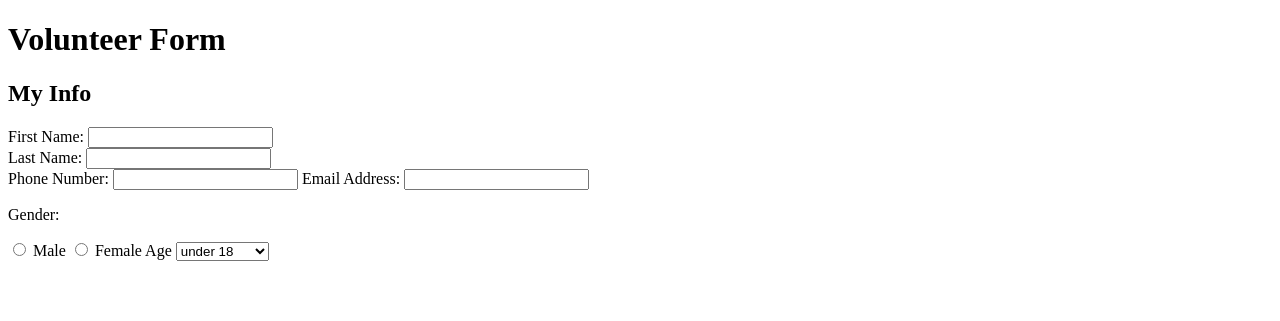
Repository: rishondass/ITMD361-Lab4
Page: index.html
The author's editor kept a copy of each file at every save. The page is drawn from the files as they stood at one save, then again after a run of saves.
The browser window is 1280 px wide. The pictures show the whole page.

Above is the page before, as saved 2023-01-13 15:00:49.

### index.html
<!DOCTYPE html>
<html lang="en">
<head>
    <meta charset="UTF-8">
    <meta http-equiv="X-UA-Compatible" content="IE=edge">
    <meta name="viewport" content="width=device-width, initial-scale=1.0">
    <title>Lab 4</title>
</head>
<body>
    <h1>
        Volunteer Form
    </h1>
    <h2>
        My Info
    </h2>

    <form action="POST">
        <div>
            <label for="first_name_field">First Name:</label>
            <input type="text" name="first_name_field">
        </div>
        <div>
            <label for="last_name_field">Last Name:</label>
            <input type="text" name="last_name_field">
        </div>



        <label for="phone_field">Phone Number:</label>
        <input type="phone" name="phone_field">

        <label for="email_field">Email Address:</label>
        <input type="email" name="email_field">

        <p>Gender:</p>
        <input type="radio" name="gender_field" value="Male">
        <label for="gender_field">Male</label>
        <input type="radio" name="gender_field" value="Female">
        <label for="gender_field">Female</label>

        <label for="age_field">Age</label>
        <select name="age_field">
            <option value="under 18">under 18</option>
            <option value="18 - 24">18 - 24</option>
            <option value="25 - 34">25 - 34</option>
            <option value="35 - 44">35 - 44</option>
            <option value="45 - 54">45 - 54</option>
            <option value="55 - 64">55 - 64</option>
            <option value="65 and over">65 and over</option>
        </select>
    </form>
</body>
</html>

After the next 2 saves:
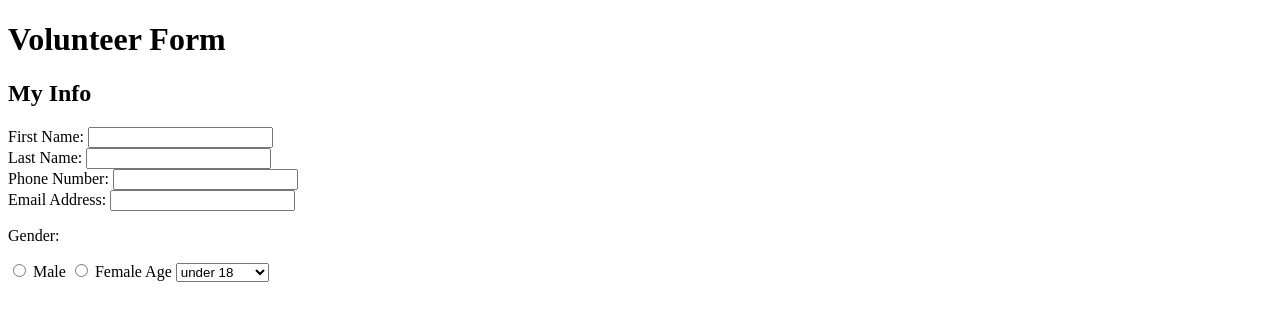
The 2 saves are shown as one change because they came seconds apart.
The last was saved 8 s later.
--- a/index.html
+++ b/index.html
@@ -23,11 +23,13 @@
             <label for="last_name_field">Last Name:</label>
             <input type="text" name="last_name_field">
         </div>
+        <div>
+            <label for="phone_field">Phone Number:</label>
+            <input type="phone" name="phone_field">
+        </div>
 
 
 
-        <label for="phone_field">Phone Number:</label>
-        <input type="phone" name="phone_field">
 
         <label for="email_field">Email Address:</label>
         <input type="email" name="email_field">
